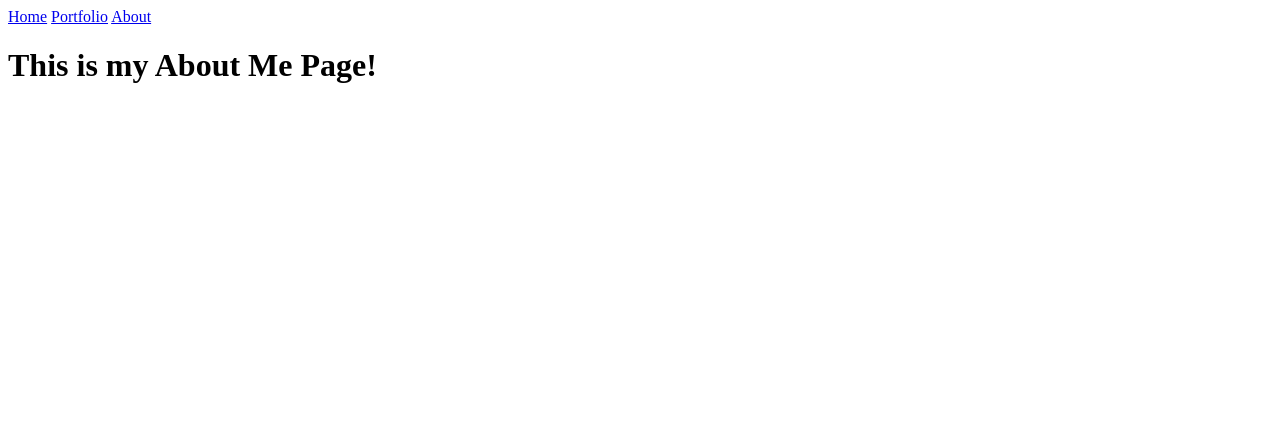
Repository: Jbarillas1874/Jbarillas1874.github.io
Page: my_website/about.html
The author's editor kept a record of every edit. The page is drawn from the files as they stood at one moment, then again after the next edit.
The browser window is 1280 px wide. The pictures show the whole page.

Above is the page before.

### my_website/about.html
<!doctype html>
	<html lang="en">
	  <head>
	    <meta charset="utf-8">
	    <title>Portfolio</title>
	  </head>
	  <body>
    <a href="index.html">Home</a>
    <a href="portfolio.html">Portfolio</a>
    <a href="about.html">About</a>
    <h1>This is my About Me Page!</h1>
    </a>
	  </body>
	</html>

After the next edit:
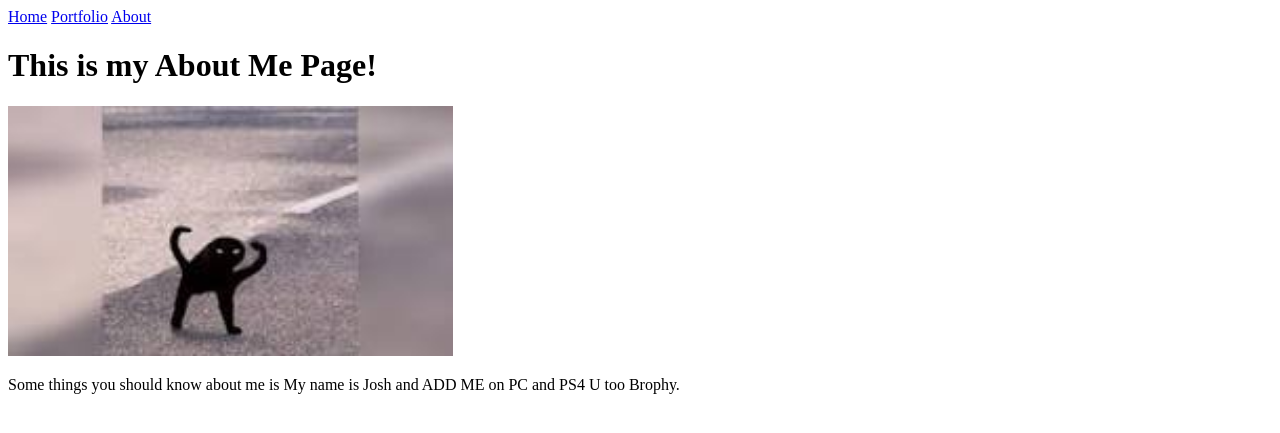
The edit:
--- a/my_website/about.html
+++ b/my_website/about.html
@@ -9,6 +9,8 @@
     <a href="portfolio.html">Portfolio</a>
     <a href="about.html">About</a>
     <h1>This is my About Me Page!</h1>
+    <img src="images/download.jpg" height="250">
+     <p> Some things you should know about me is My name is Josh and ADD ME on PC and PS4 U too Brophy. </p>
     </a>
 	  </body>
 	</html>
